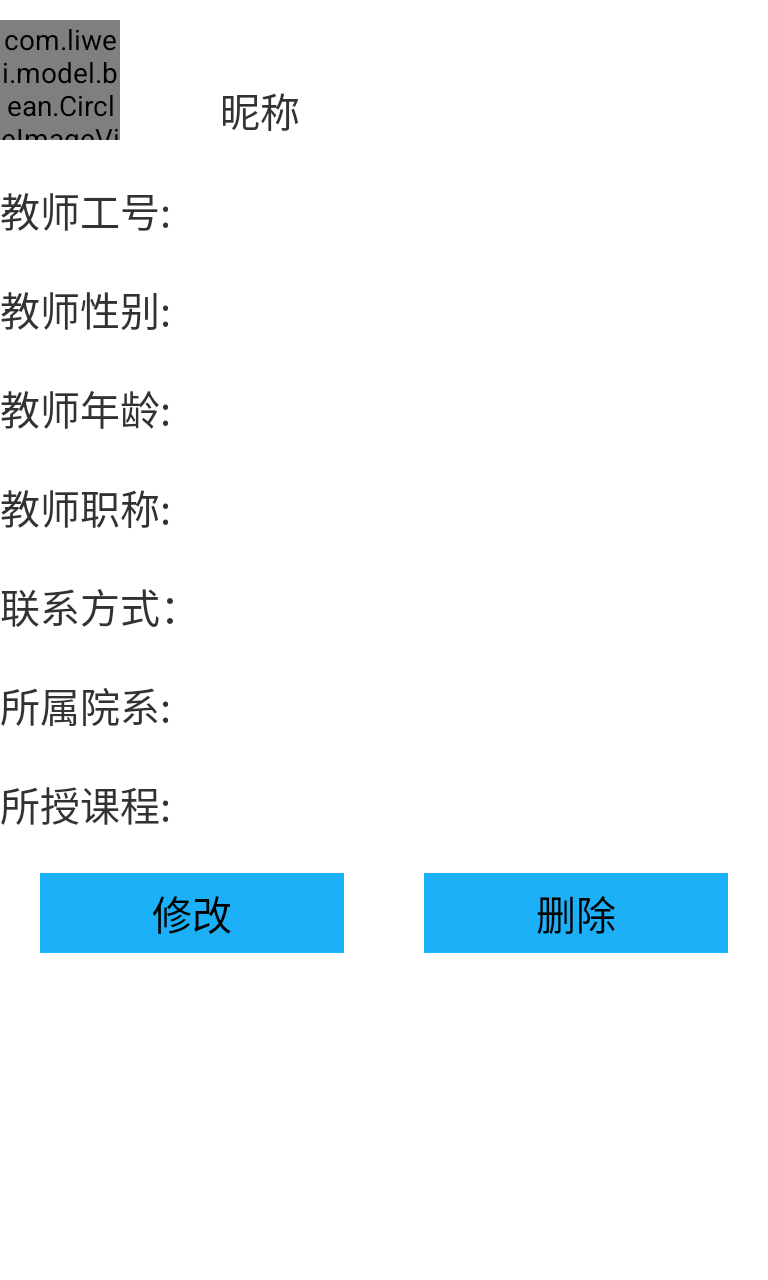
Repository: 15862175370/MyProject
Layout: 毕业设计系统源码_李伟/client/TeachSystem/res/layout/serchteacher_item.xml
These files come from the project's save history. The layout is drawn as it stood at one moment and after the next save; the edit follows.
Pictures or frames that could not be fetched are drawn as grey boxes. It is drawn on a 768 x 1280 px phone screen (xhdpi) without system bars, with theme AppTheme; the app's code is not run.

Above is the layout before, as saved 2016-05-20 14:29:25.

After the next save:
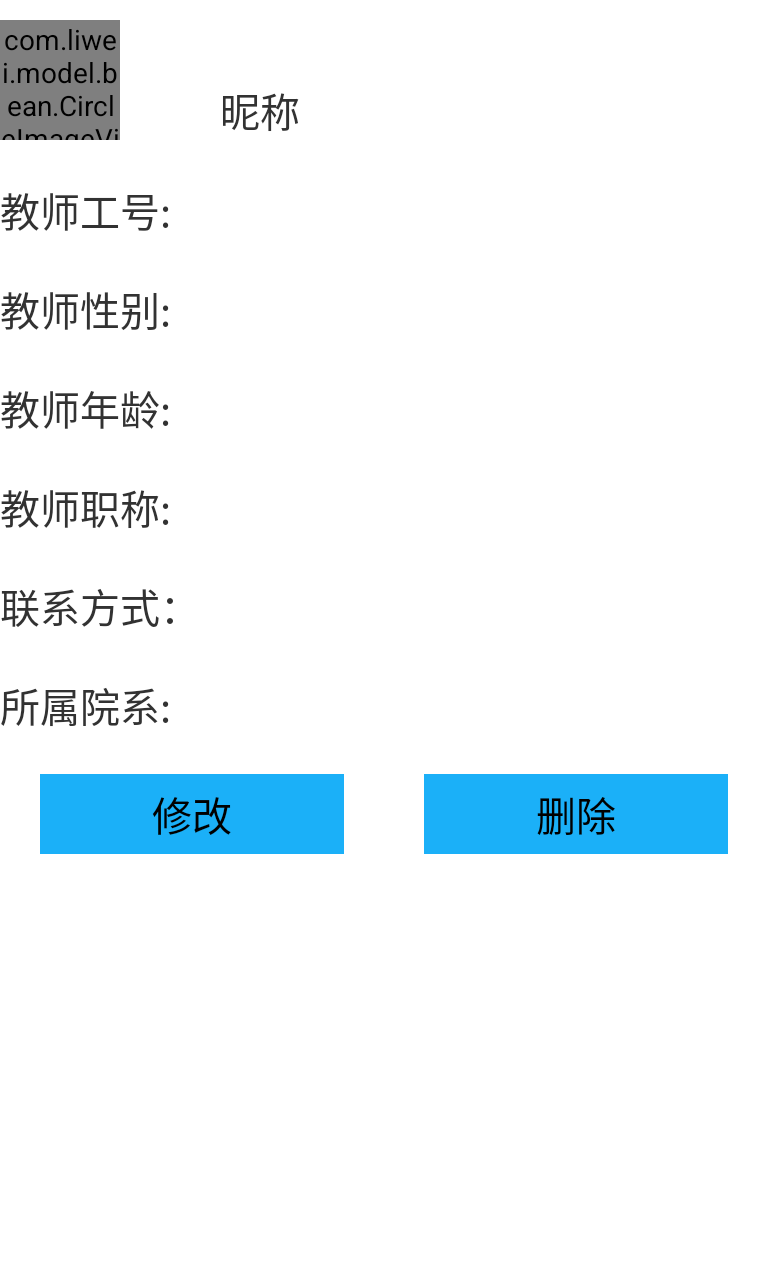
Saved 30 s later.
--- a/毕业设计系统源码_李伟/client/TeachSystem/res/layout/serchteacher_item.xml
+++ b/毕业设计系统源码_李伟/client/TeachSystem/res/layout/serchteacher_item.xml
@@ -175,30 +175,6 @@
 
             />
 
-    </LinearLayout>
-
-            <LinearLayout
-     android:id="@+id/teacher_linearlay"
-      android:layout_width="match_parent"
-        android:layout_height="wrap_content"
-        android:orientation="horizontal"
-        android:layout_marginTop="20dp"
-
-        >
-        <TextView
-         android:id="@+id/teacher_te"
-         android:layout_width="wrap_content"
-         android:layout_height="wrap_content"
-         android:textSize="20dp"
-         android:text="所授课程:"/>
-        <TextView
-              android:layout_marginLeft="10dp"
-            android:id="@+id/myteacher_course"
-         android:layout_width="match_parent"
-         android:layout_height="wrap_content"
-          android:textSize="20dp"
-
-            />
 
     </LinearLayout>
 
